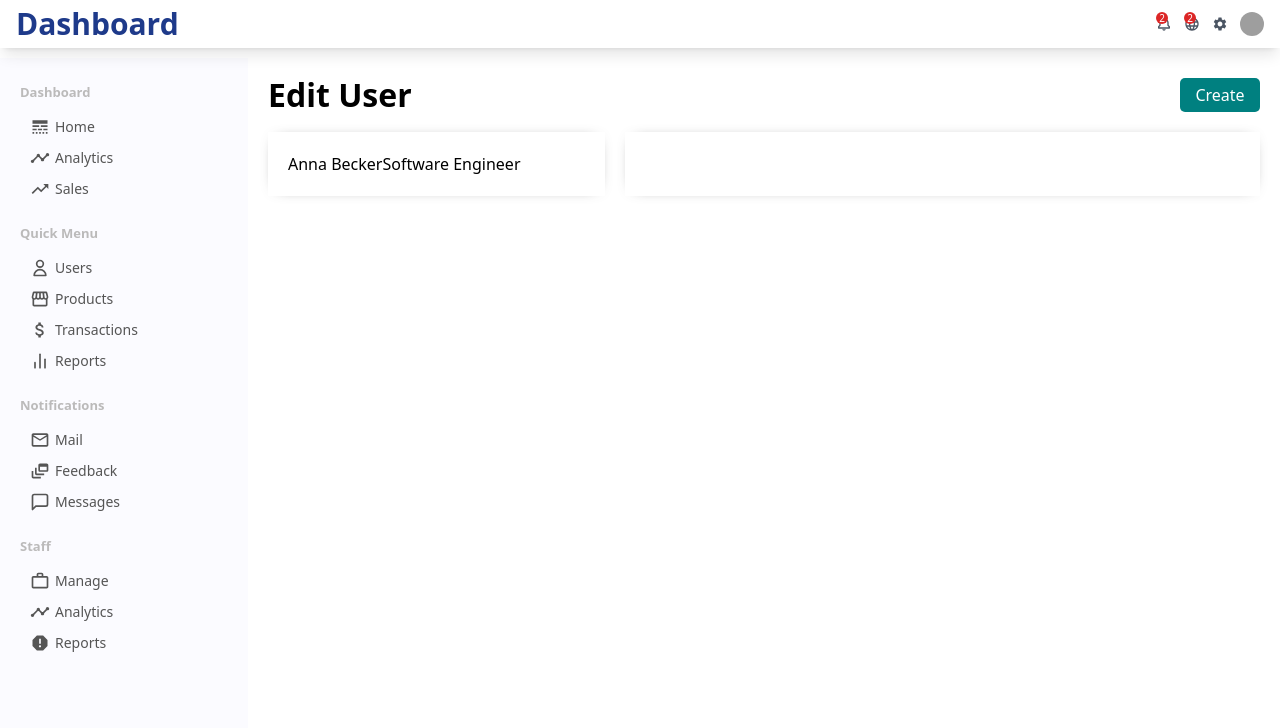
Repository: nation430/React-AdminDashboard
Page: /user/1
The author's editor kept a copy of each file at every save. The page is drawn from the files as they stood at one save, then again after a run of saves.
The browser window is 1280 px wide. The pictures show the whole page.
Pictures or frames that could not be fetched are drawn as grey boxes. The project was rebuilt for these pictures with package versions that can differ from the ones it lists, and the page was loaded fresh each time. Also part of the build but not shown: src/pages/home/home.css, src/components/featuredInfo/featuredInfo.css, src/components/featuredInfo/FeaturedInfo.jsx, src/components/chart/chart.css, src/components/chart/Chart.jsx, src/dummyData.js, src/components/widgetSm/widgetSm.css, src/components/widgetSm/WidgetSm.jsx and 5 more.

Above is the page before, as saved 2022-08-31 10:08:05.

### public/index.html
<!DOCTYPE html>
<html lang="en">
  <head>
    <meta charset="utf-8" />
    <meta name="viewport" content="width=device-width, initial-scale=1" />
    <meta name="theme-color" content="#000000" />
    <meta
      name="description"
      content="Web site created using create-react-app"
    />
    <link rel="preconnect" href="https://fonts.googleapis.com" />
    <link rel="preconnect" href="https://fonts.gstatic.com" crossorigin />
    <link
      href="https://fonts.googleapis.com/css2?family=Source+Sans+Pro:wght@200;300;400;600;700&display=swap"
      rel="stylesheet"
    />

    <title>React Admin Dashboard</title>
  </head>
  <body>
    <noscript>You need to enable JavaScript to run this app.</noscript>
    <div id="root"></div>
  </body>
</html>

### src/index.css
@tailwind base;
h1 {
  @apply text-2xl;
}
h2 {
  @apply text-xl;
}
h3 {
  @apply text-lg;
}
@tailwind components;
@tailwind utilities;

* {
  margin: 0;
  padding:0;
  box-sizing: border-box;

}

### src/App.js
import Topbar from "./components/topbar/Topbar";
import Sidebar from "./components/sidebar/Sidebar";
import Home from "./pages/home/Home";
import "./app.css";
import { BrowserRouter as Router, Routes, Route } from "react-router-dom";
import UserList from "./pages/home/userList/UserList";
import User from "./pages/home/user/User";

function App() {
  return (
    <Router>
      <Topbar />
      <div className="wrapper flex h-full">
        <Sidebar />
        <Routes>
          <Route exact path="/">
            <Route path="/" element={<Home />} />
            <Route path="users" element={<UserList />} />
            <Route path="/user/:userId" element={<User />} />
          </Route>
        </Routes>
      </div>
    </Router>
  );
}

export default App;

### src/components/topbar/Topbar.jsx
import React from "react";
import  "./topbar.css";
import { BiBell } from 'react-icons/bi';
import { MdLanguage, MdSettings  } from "react-icons/md";


export default function Topbar () {
    return(
        <div className="topbar w-full h-12 bg-white sticky top-0 z-50 shadow-lg ">
            <div className="topbarWeapper flex items-center justify-between h-full px-4 py-0">
            <div className="topLeft">
                <span className="logo font-bold text-3xl text-blue-900 cursor-pointer ...">Dashboard</span>
            </div>
            <div className="topRight flex items-center">

                {/* First icon  */}
                <div className="topbarIconsContainer relative cursor-pointer ... ml-3 text-gray-600">
                <BiBell />
                <span className="topIconBadge absolute text-white bg-red-600 right-1 -top-1 flex items-center justify-center rounded-full text-xs h-3 w-3">2</span>
                </div>

                   {/*second icon  */}
                <div className="topbarIconsContainer relative cursor-pointer ... ml-3 text-gray-600">
                <MdLanguage />
                <span className="topIconBadge absolute text-white bg-red-600 right-1 -top-1 flex items-center justify-center rounded-full text-xs h-3 w-3">2</span>
                </div>


                    {/*third icon  */}
                <div className="topbarIconsContainer relative cursor-pointer ... mx-3 text-gray-600">
                < MdSettings  />
                </div>

                <img src="images/img.png" alt="BigCo Inc. logo"  className="topAvater w-6 h-6 rounded-full cursor-pointer ..."/>

            </div>
            </div>
        </div>
    )

}

### src/components/sidebar/Sidebar.jsx
import "./sidebar.css";
import { MdLineStyle, MdOutlineTimeline, MdTrendingUp, MdStorefront, MdAttachMoney, MdOutlineMail, MdDynamicFeed, MdWorkOutline, MdReport} from "react-icons/md";
import { HiOutlineUser} from "react-icons/hi";
import { FiBarChart2, FiMessageSquare} from "react-icons/fi";

export default function sidebar(){
    return(
        <div className="sidebar sticky">
        <div className="sidebarWrapper p-5">
            {/* first sidenavbar */}
            <div className="sidebarMenu mb-2.5">
                <h3 className="sidebarTitle">Dashboard</h3>
                <ul className="sidebarList px-4 py-0">
                    <li className="sidebarListItems flex items-center">
                    <MdLineStyle className="sidebarIcon"/>
                    Home
                    </li>

                    <li className="sidebarListItems flex items-center">
                    <MdOutlineTimeline className="sidebarIcon" />
                    Analytics
                    </li>


                    <li className="sidebarListItems flex items-center">
                    <MdTrendingUp className="sidebarIcon" />
                   Sales
                    </li>
                </ul>
            </div>

            {/* second sidenavbar */}
            <div className="sidebarMenu mb-2.5">
                <h3 className="sidebarTitle">Quick Menu</h3>
                <ul className="sidebarList px-4 py-1">
                    <li className="sidebarListItems flex items-center">
                    <HiOutlineUser className="sidebarIcon" />
                    Users
                    </li>

                    <li className="sidebarListItems flex  items-center" >
                    <MdStorefront className="sidebarIcon" />
                    Products
                    </li>

                    <li className="sidebarListItems flex items-center">
                    <MdAttachMoney className="sidebarIcon" />
                   Transactions
                    </li>


                    <li className="sidebarListItems flex items-center">
                    <FiBarChart2 className="sidebarIcon" />
                   Reports
                    </li>
                </ul>
            </div>

                {/* third sidenavbar */}
                <div className="sidebarMenu mb-2.5">
                <h3 className="sidebarTitle">Notifications</h3>
                <ul className="sidebarList px-4 py-1">
                    <li className="sidebarListItems flex items-center">
                    <MdOutlineMail className="sidebarIcon" />
                    Mail
                    </li>

                    <li className="sidebarListItems flex  items-center" >
                    <MdDynamicFeed className="sidebarIcon" />
                    Feedback
                    </li>

                    <li className="sidebarListItems flex items-center">
                    <FiMessageSquare className="sidebarIcon" />
                   Messages
                    </li>
                </ul>
            </div>

                {/* fourth sidenavbar */}
                <div className="sidebarMenu mb-2.5">
                <h3 className="sidebarTitle">Staff</h3>
                <ul className="sidebarList px-4 py-1">
                    <li className="sidebarListItems flex items-center">
                    <MdWorkOutline className="sidebarIcon" />
                    Manage
                    </li>

                    <li className="sidebarListItems flex  items-center" >
                    <MdOutlineTimeline className="sidebarIcon" />
                    Analytics
                    </li>

                    <li className="sidebarListItems flex items-center">
                    <MdReport className="sidebarIcon" />
                   Reports
                    </li>
                </ul>
            </div>
        </div>
        </div>
    )
}

### src/app.css

* {
    margin: 0;
    padding:0;
    box-sizing: border-box;

}


h1{
    font-size: 2em ;
    font-weight: bolder;
}

h2{
    font-size: 1.5em ;
    font-weight: bolder;
}

h3{
    font-size: 1.17em ;
    font-weight: bolder;
}

.wrapper{
    margin-top:10px;
}

### src/pages/home/user/User.jsx
import "./user.css";

export default function User(){
    return(

        <div className="user">
            <div className="userTitleContainer flex items-center justify-between">
                <h1 className="userTitle">Edit User</h1>
                <button className="userAddButton border-none cursor-pointer---">Create</button>
            </div>
            <div className="userContainer flex">
              <div className="userShow">
                  <div className="userShowTop"></div>
                  <div className="userShowTopTitle">
              <span className="userShowUsername">Anna Becker</span>
              <span className="userShowUserTitle">Software Engineer</span>
            </div>
              </div>
              <div className="userUpdate"></div>
            </div>
        </div>
    )
}

### src/components/topbar/topbar.css
.text-xs{
    font-size: 10px;
  }

### src/components/sidebar/sidebar.css
.sidebar{
    flex: 1;
    height: calc(100vh - 50px);
    top:50px;
    background:rgb(251, 251, 255);
}

.sidebarWrapper{
    color: #555;
}

.sidebarTitle{
    font-size: 13px;
    color:rgb(187, 186, 186);
}

.sidebarList{
    padding:5px;
    font-size: 14px;;
}


.sidebarListItems {
    padding:5px;
    cursor: pointer;
    border-radius: 10px;
}

.sidebarListItems.active,
.sidebarListItems:hover{
    background:rgb(228, 228, 250);
}

.sidebarIcon{
    margin-right:5px;
    font-size:20px;
}

### src/pages/home/user/user.css
.user{
    flex: 4;
    padding: 20px;
  }

  .userAddButton{
      width:80px;
      padding:5px;
      background: teal;
      border-radius: 5px;
      color:white;
      font-size: 16px;

  }
  .userContainer{
      margin-top:20px;
  }

  .userShow{
      flex: 1;
      padding:20px;
      box-shadow: 0px 0px 15px -10px rgba(0,0,0,0.75);
    -webkit-box-shadow:0px 0px 15px -10px rgba(0,0,0,0.75);
    -moz-box-shadow: 0px 0px 15px -10px rgba(0,0,0,0.75);
  }

  .userUpdate{
    flex: 2;
    padding:20px;
    margin-left:20px;
    box-shadow: 0px 0px 15px -10px rgba(0,0,0,0.75);
  -webkit-box-shadow:0px 0px 15px -10px rgba(0,0,0,0.75);
  -moz-box-shadow: 0px 0px 15px -10px rgba(0,0,0,0.75);
}

Loaded but not shown: src/index.js (common file); tailwind.config.js (common file)

After the next 5 saves:
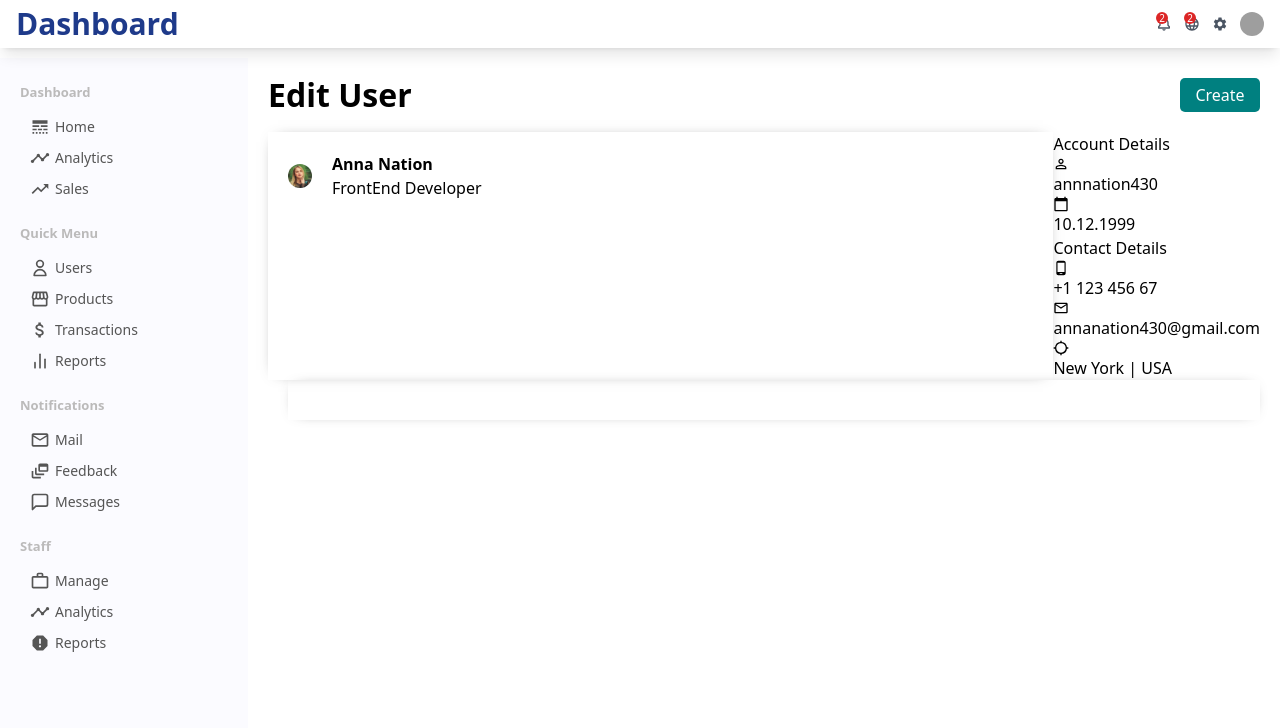
The 5 saves are shown as one change because 4 did not build or start.
The last was saved 39 min 40 s later.
--- a/src/pages/home/user/User.jsx
+++ b/src/pages/home/user/User.jsx
@@ -1,4 +1,5 @@
 import "./user.css";
+import {MdPermIdentity,  MdCalendarToday, MdPhoneAndroid, MdMailOutline, MdLocationSearching } from "react-icons/md";
 
 export default function User(){
     return(
@@ -10,14 +11,42 @@ export default function User(){
             </div>
             <div className="userContainer flex">
               <div className="userShow">
-                  <div className="userShowTop"></div>
-                  <div className="userShowTopTitle">
-              <span className="userShowUsername">Anna Becker</span>
-              <span className="userShowUserTitle">Software Engineer</span>
+              <div className="userShowTop flex items-center">
+              <img src="images/member1.jpg" alt="image" className="userShowImg w-6 h-6 rounded-full object-cover" />
+            <div className="userShowTopTitle flex">
+              <span className="userShowUsername font-semibold ">Anna Nation</span>
+              <span className="userShowUserTitle font-light">FrontEnd Developer</span>
             </div>
+          </div>
               </div>
+
+              <div className="userShowBottom">
+            <span className="userShowTitle">Account Details</span>
+            <div className="userShowInfo">
+              <MdPermIdentity className="userShowIcon" />
+              <span className="userShowInfoTitle">annnation430</span>
+            </div>
+            <div className="userShowInfo">
+              <MdCalendarToday className="userShowIcon" />
+              <span className="userShowInfoTitle">10.12.1999</span>
+            </div>
+            <span className="userShowTitle">Contact Details</span>
+            <div className="userShowInfo">
+              <MdPhoneAndroid className="userShowIcon" />
+              <span className="userShowInfoTitle">+1 123 456 67</span>
+            </div>
+            <div className="userShowInfo">
+              <MdMailOutline className="userShowIcon" />
+              <span className="userShowInfoTitle">annanation430@gmail.com</span>
+            </div>
+            <div className="userShowInfo">
+              <MdLocationSearching className="userShowIcon" />
+              <span className="userShowInfoTitle">New York | USA</span>
+            </div>
+          </div>
+        </div>
               <div className="userUpdate"></div>
             </div>
-        </div>
+
     )
 }
--- a/src/pages/home/user/user.css
+++ b/src/pages/home/user/user.css
@@ -24,6 +24,11 @@
     -moz-box-shadow: 0px 0px 15px -10px rgba(0,0,0,0.75);
   }
 
+  .userShowTopTitle{
+    flex-direction: column;
+    margin-left: 20px;
+  }
+
   .userUpdate{
     flex: 2;
     padding:20px;
